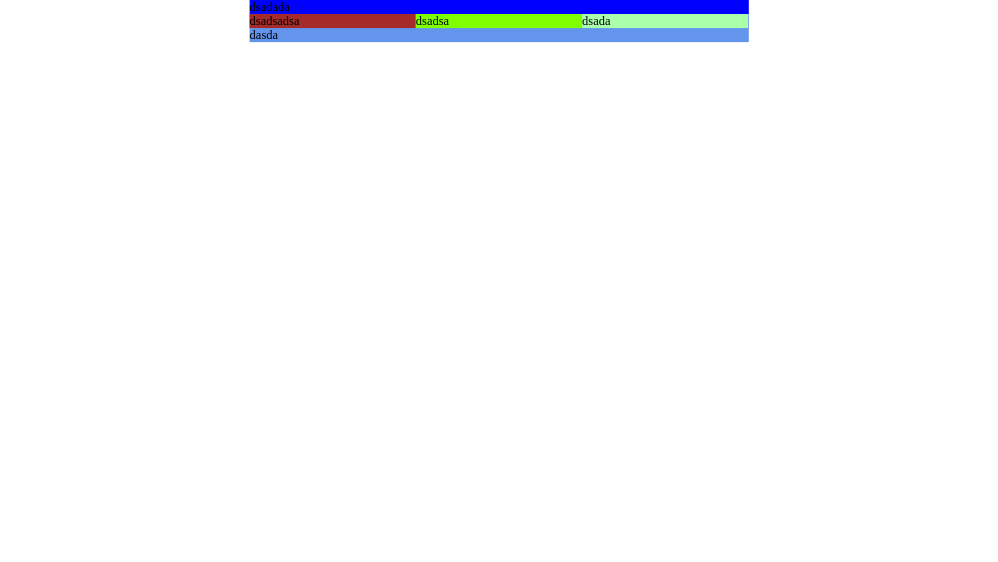
Repository: Gumiin/studia
Page: exercise 1/index.html
The author's editor kept a copy of each file at every save. The page is drawn from the files as they stood at one save, then again after the next save.
The browser window is 1280 px wide. The pictures show the whole page, at 78% of full size.

Above is the page before, as saved 2021-03-10 18:24:50.

### exercise 1/index.html
<!DOCTYPE html>
<html lang="en">
<head>
    <meta charset="UTF-8">
    <meta http-equiv="X-UA-Compatible" content="IE=edge">
    <meta name="viewport" content="width=device-width, initial-scale=1.0">
    <link rel="stylesheet" href="style.css">
    <title>Document</title>
</head>
<body>
    <div id="all">
    <div id="baner">
        dsadada
    </div>
    <div id="middle_content">
        <div id="m_left">
            dsadsadsa
        </div>
        <div id="m_middle">
            dsadsa
        </div>
        <div id="m_right">
            dsada
        </div>
    </div>
    <div id="footer">
        dasda
    </div>
    </div>
</body>
</html>

### exercise 1/style.css
body{
    width: 100%;
    height: 100%;
    border: 0px;
    margin:0px;
    padding:0px;
}
#all{
    margin-left: 25%;
    width: 50%;
    height: 100%;
}
#baner{
    background-color: blue;
    width: 100%;
    height: 25%;
}
#middle_content{
    background-color: blueviolet;
    width: 100%;
    height: 50%;
}
#m_left{
    background-color: brown;
    width: 33.3%;
    float: left;
}
#m_middle{
    background-color: chartreuse;
    width: 33.3%;
    float: left;
}
#m_right{
    background-color: #aaffaa;
    position: relative;
    width: 33.3%;
    float: left;
}
#footer{
    background-color: cornflowerblue;
    width: 100%;
    height: 25%;
}

After the next save:
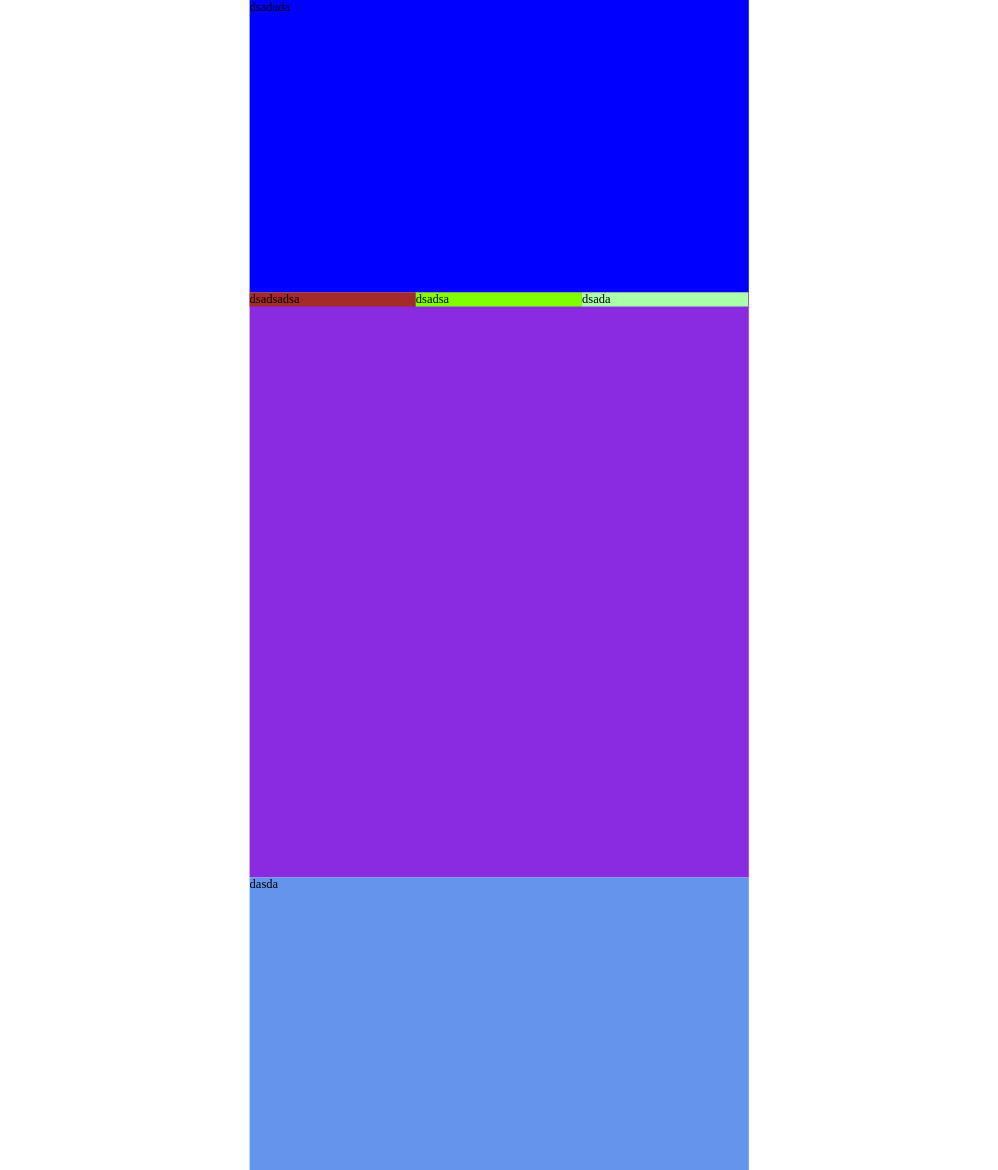
Saved 105 s later.
--- a/exercise 1/style.css
+++ b/exercise 1/style.css
@@ -1,6 +1,6 @@
 body{
     width: 100%;
-    height: 100%;
+    height: 1500px;
     border: 0px;
     margin:0px;
     padding:0px;
